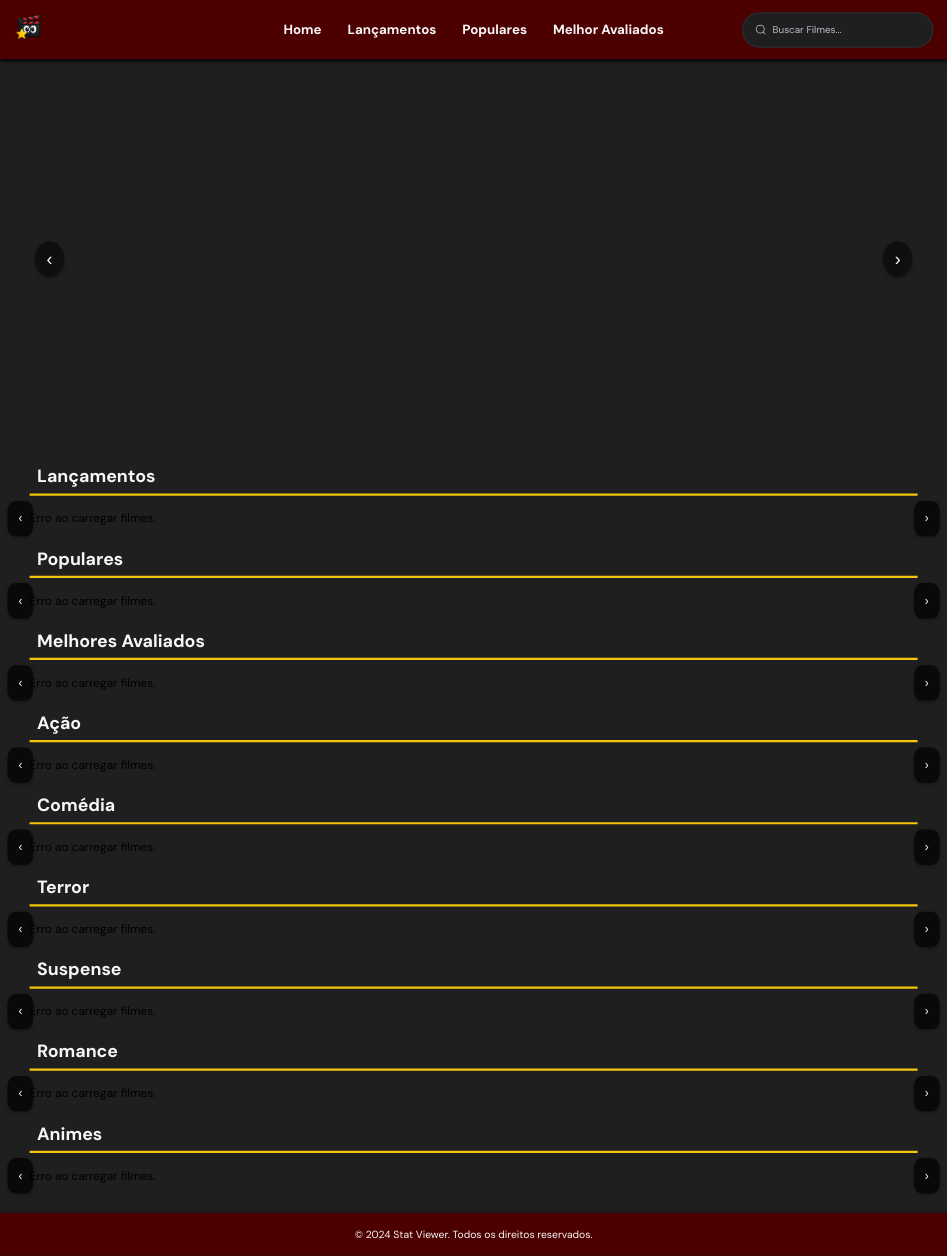
Repository: juanpablitozito/stat-viewer
Page: index.html
The author's editor kept a copy of each file at every save. The page is drawn from the files as they stood at one save, then again after a run of saves.
The browser window is 1280 px wide. The pictures show the whole page, at 74% of full size.
The page's requests for data from a server got no answer.

Above is the page before, as saved 2025-10-02 08:17:41.

After the next 2 saves:
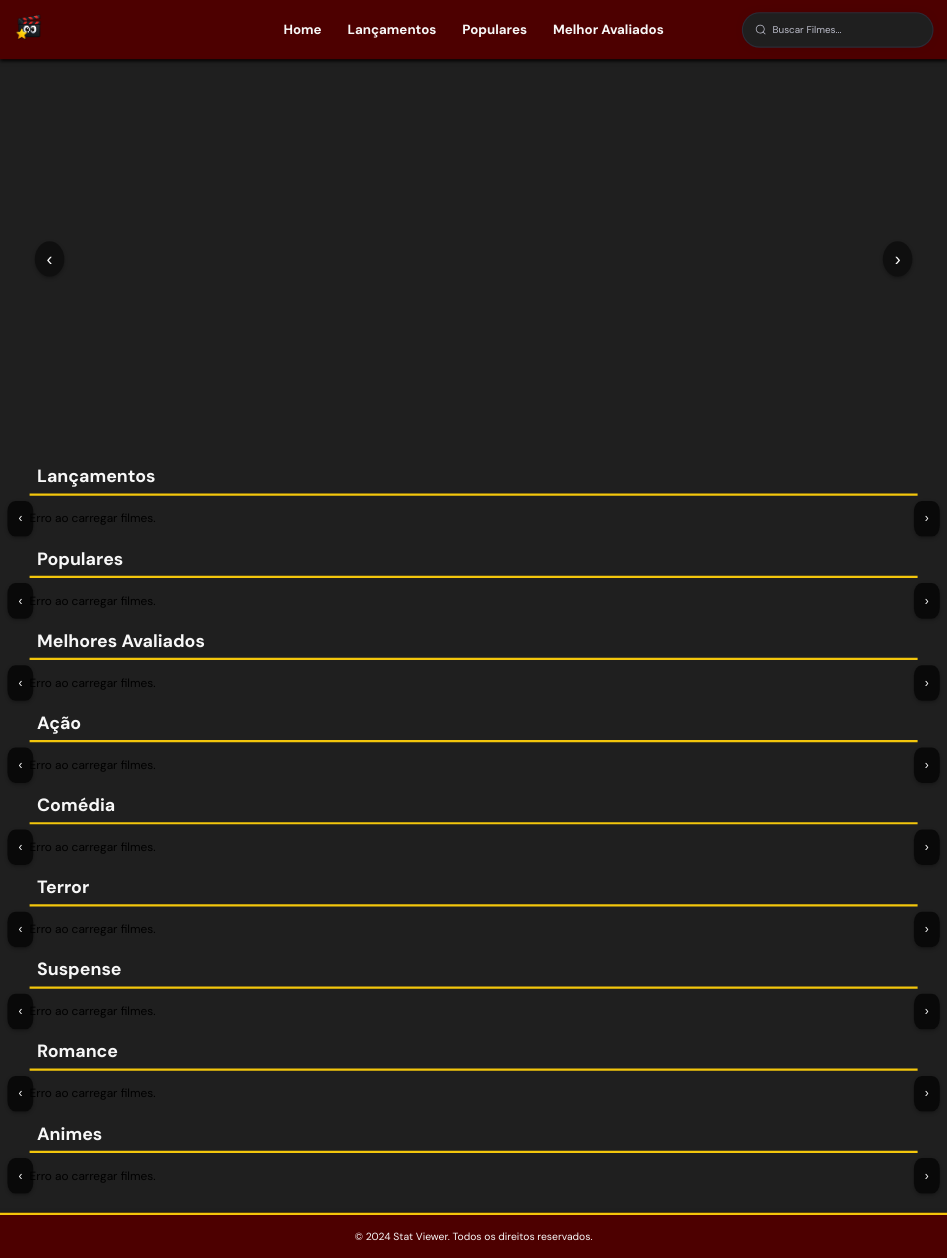
The 2 saves are shown as one change because they came seconds apart.
The last was saved 6 s later.
--- a/src/styles/style.css
+++ b/src/styles/style.css
@@ -488,7 +488,7 @@ footer {
   position: relative;
   width: 100%;
   bottom: 0;
-  border-top: var();
+  border-top: var(--button-color) 3px solid;
 }
 /* ===== CLASSES UTILITÁRIAS ===== */
 .hidden {
